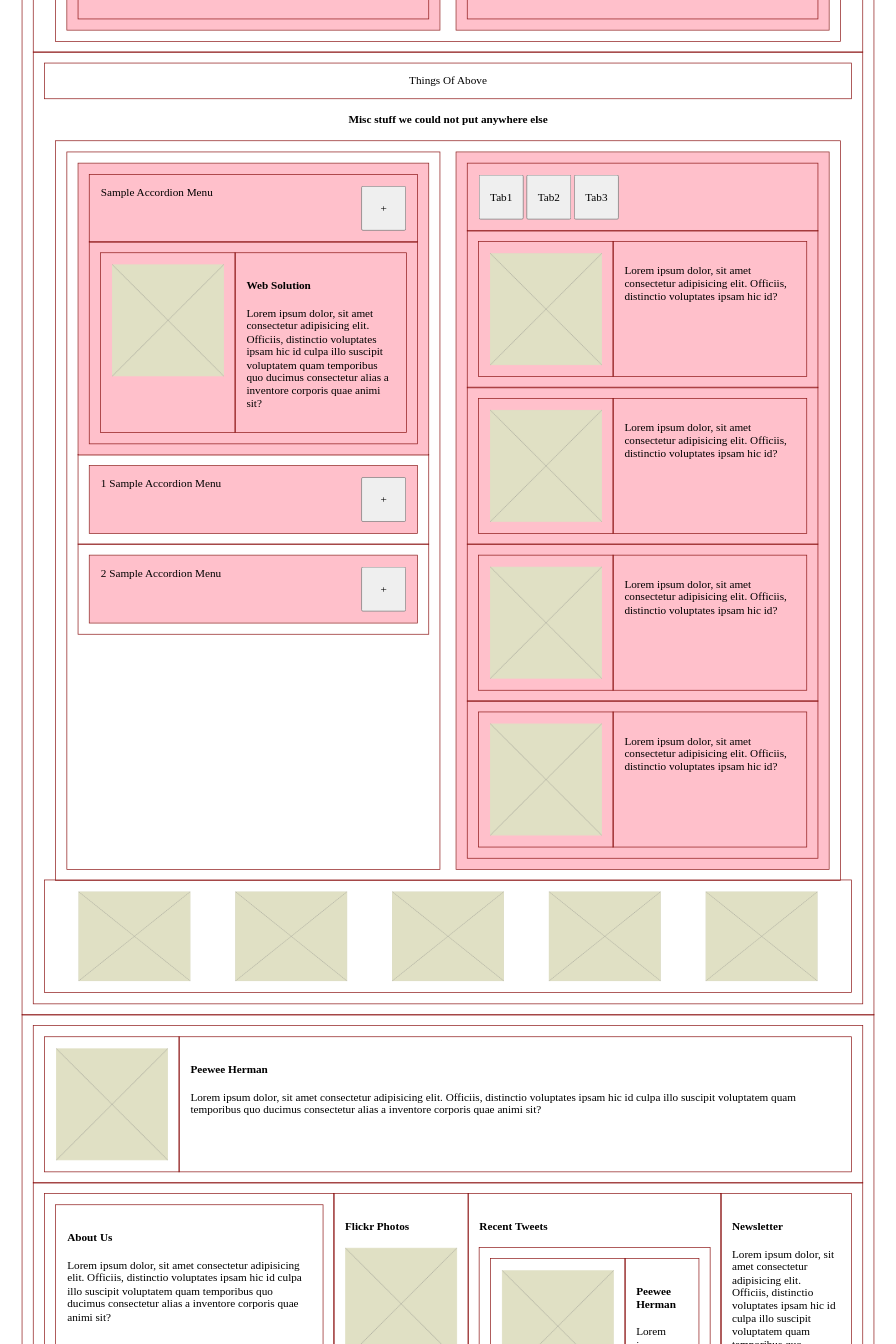
Repository: kionale/Project1_Lab3_ResponsiveLayout
Page: index.html
These files come from the project's save history. The page is drawn as it stood at one moment and after a run of saves; the edit follows.
The browser window is 1280 px wide. The pictures show the part of the page from y = 3701 to 5621 px (the page is 6802 px tall before and 6789 px after), at 70% of full size.

Above is the page before, as saved 2023-01-31 16:56:00.

### index.html
<!doctype html>
<html class="no-js" lang="">

<head>
  <meta charset="utf-8">
  <title></title>
  <meta name="description" content="">
  <meta name="viewport" content="width=device-width, initial-scale=1">

  <meta property="og:title" content="">
  <meta property="og:type" content="">
  <meta property="og:url" content="">
  <meta property="og:image" content="">

  <link rel="manifest" href="site.webmanifest">
  <link rel="apple-touch-icon" href="icon.png">
  <!-- Place favicon.ico in the root directory -->

  <link rel="stylesheet" href="css/normalize.css">
  <link rel="stylesheet" href="css/main.css">

  <meta name="theme-color" content="#fafafa">
</head>


<body class="page page-home">
  <header class="header page__header">
    <div class="row">
      <h1>Metrolics</h1>
      <a href=""><img src="img/placeholder.png"></a>
      <nav class="navbar-links">
        <ul>
          <a href="#">
            <li>Home</li>
          </a>
          <a href="">
            <li>Home</li>
          </a>
          <a href="">
            <li>Pages</li>
          </a>
          <a href="">
            <li>Blog</li>
          </a>
          <a href="">
            <li>Portfolio</li>
          </a>
          <a href="">
            <li>Home</li>
          </a>
        </ul>
      </nav>
    </div>

  </header>

  <div class="page__slider">
    <div class="row slides">
      <img src="img/placeholder.png" alt="">
    </div>
  </div>
  </div>

  <div class="page__intro">
    <h1 class="header page__heading">
      Hey guys! This is the <span>Metrolics</span> theme.<br>
      It sports a responsive layout with a mobile layout.
    </h1>
    <div class="subheading page_subheading">
      <h3>
        Things That We do
      </h3>
      <h5>Ask us what we can do for you</h5>

    </div>
    <div class="feature__service">
      <div class="row m-col-2 l-col-4">
        <div class="col">
          <img class="feature__servic__images" src="img/placeholder.png" alt="">
          <h4 class="heading feature__servic__title">Web Solution</h4>
          <p class="feature__servic__content">
            bbbhhha
          </p>
        </div>
        <div class="col">
          <img class="feature__servic__images" src="img/placeholder.png" alt="">
          <h4 class="heading feature__servic__title"></h4>
          <p class="feature__servic__content">
            bbbhhha
          </p>
        </div>
        <div class="col">
          <img class="feature__servic__images" src="img/placeholder.png" alt="">
          <h4 class="heading feature__servic__title"></h4>
          <p class="feature__servic__content">
            bbbhhha
          </p>
        </div>
        <div class="col">
          <img class="feature__servic__images" src="img/placeholder.png" alt="">
          <h4 class="heading feature__servic__title"></h4>
          <p class="feature__servic__content">
            bbbhhha
          </p>
        </div>


      </div>
    </div>
  </div>

  <!-- Main content starts here -->
  <main class="page__main">
    <section class="recent__work">
      <header class="header post__header">What's up lately?</header>
      <h4 class="subheading">Read up on our latest work</h4>
      <div class="row m-col-2 l-col-3">
        <div class="col">
          <div>
            <img src="img/placeholder.png" alt="">
            <header class="header recent__work__title">Sample image post</header><br>
            <p>Photography</p>
          </div>
        </div>
        <div class="col">
          <div>
            <img src="img/placeholder.png" alt="">
            <header class="header recent__work__title">Sample image post</header><br>
            <p>Photography</p>
          </div>
        </div>
        <div class="col">
          <div>
            <img src="" alt="">
            <header class="header recent__work__title">Sample image post</header><br>
            <p>Photography</p>
          </div>
        </div>
        <div class="col">
          <div>
            <img src="img/placeholder.png" alt="">
            <header class="header recent__work__title">Sample image post</header><br>
            <p>Photography</p>
          </div>
        </div>
      </div>
    </section>
    <!-- Our Latest Projests -->
    <section class="latest__projects">
      <header class="header latest__projects__header">Our Latest Projects</header>
      <h4 class="subheading">Client happy? We are happy</h4>
      <div class="row m-col-2 l-col-3">
        <div class="col">
          <div>
            <img src="img/placeholder.png" alt="">
            <header class="header latest__project__image">1 Sample image post</header><br>
            <p>1 Photography</p>
          </div>
        </div>
        <div class="col">
          <div>
            <img src="img/placeholder.png" alt="">
            <header class="header latest__project__image">2 Sample image post</header><br>
            <p>2 Photography</p>
          </div>
        </div>
        <div class="col">
          <div>
            <img src="img/placeholder.png" alt="">
            <header class="header latest__project__image">3 Sample image post</header><br>
            <p>3 Photography</p>
          </div>
        </div>
        <div class="col">
          <div>
            <img src="img/placeholder.png" alt="">
            <header class="header latest__project__image">4 Sample image post</header><br>
            <p>4 Photography</p>
          </div>
        </div>
        <div class="col">
          <div>
            <img src="img/placeholder.png" alt="">
            <header class="header latest__project__image">5 Sample image post</header><br>
            <p>5 Photography</p>
          </div>
        </div>
        <div class="col">
          <div>
            <img src="img/placeholder.png" alt="">
            <header class="header latest__project__image">6 Sample image post</header><br>
            <p>6 Photography</p>
          </div>
        </div>
      </div>
    </section>
    <!--Things of Above-->
    <section class="things__of__above">
      <header class="header things__header">Things of above</header>
      <h4 class="subheading">Misc stuff we could not put anywhere else</h4>
      <div class="row m-col-2 l-col-3">
        <div>
          <div class="col">
            <div class="sample__menu things_above_image">Sample Accordion Menu
              <button>+</button>
            </div>
            <div class="web__solution">
              <div>
                <img src="img/placeholder.png" alt="">
              </div>
              <div>
                <h4>Web Solution</h4>
                <p>Lorem ipsum dolor, sit amet consectetur adipisicing elit. Officiis, distinctio voluptates ipsam hic
                  id
                  culpa illo suscipit voluptatem quam temporibus quo ducimus consectetur alias a inventore corporis quae
                  animi sit?</p>
              </div>
            </div>
          </div>
          <div class="menu__button">
            <div class="col_two sample__menu things__above__image">1 Sample Accordion Menu
              <button>+</button>
            </div>
          </div>
          <div class="menu__button">
            <div class="col_two sample__menu things__above__image">2 Sample Accordion Menu
              <button>+</button>
            </div>
          </div>
        </div>
        <div class="col">
          <div class="tab__buttons">
            <button>Tab1</button>
            <button>Tab2</button>
            <button>Tab3</button>
          </div>
          <div class="tab__information">
            <div>
              <img src="img/placeholder.png" alt="">
            </div>
            <div>
              <p>Lorem ipsum dolor, sit amet consectetur adipisicing elit. Officiis, distinctio voluptates ipsam hic
                id?</p>
            </div>
          </div>
          <div class="tab__information">
            <div>
              <img src="img/placeholder.png" alt="">
            </div>
            <div>
              <p>Lorem ipsum dolor, sit amet consectetur adipisicing elit. Officiis, distinctio voluptates ipsam hic
                id?</p>
            </div>
          </div>
          <div class="tab__information">
            <div>
              <img src="img/placeholder.png" alt="">
            </div>
            <div>
              <p>Lorem ipsum dolor, sit amet consectetur adipisicing elit. Officiis, distinctio voluptates ipsam hic
                id?</p>
            </div>
          </div>
          <div class="tab__information">
            <div>
              <img src="img/placeholder.png" alt="">
            </div>
            <div>
              <p>Lorem ipsum dolor, sit amet consectetur adipisicing elit. Officiis, distinctio voluptates ipsam hic
                id?</p>
            </div>
          </div>
        </div>
      </div>
      <!--Sponsors-->
      <div class="sponsors">
        <img src="img/placeholder.png" alt="" class="sponsors__icon">
        <img src="img/placeholder.png" alt="" class="sponsors__icon">
        <img src="img/placeholder.png" alt="" class="sponsors__icon">
        <img src="img/placeholder.png" alt="" class="sponsors__icon">
        <img src="img/placeholder.png" alt="" class="sponsors__icon">

    </section>
  </main>
  <!--Footer-->
  <footer>
    <div class="web__author">
      <div>
        <img src="img/placeholder.png" alt="">
      </div>
      <div>
        <h4>Peewee Herman</h4>
        <p>Lorem ipsum dolor, sit amet consectetur adipisicing elit. Officiis, distinctio voluptates ipsam hic
          id
          culpa illo suscipit voluptatem quam temporibus quo ducimus consectetur alias a inventore corporis quae
          animi sit?</p>
      </div>
    </div>
    <div class="footer__extras">
      <div>
        <div>
          <h4>About Us</h4>
          <p>Lorem ipsum dolor, sit amet consectetur adipisicing elit. Officiis, distinctio voluptates ipsam hic
            id
            culpa illo suscipit voluptatem quam temporibus quo ducimus consectetur alias a inventore corporis quae
            animi sit?</p>
        </div>
        <div class="social__link">
          <a href="" class="social__icon">
            <li>Facebook</li>
          </a>
          <a href="" class="social__icon">
            <li>Google</li>
          </a>
          <a href="" class="social__icon">
            <li>Twitter</li>
          </a>
          <a href="" class="social__icon">
            <li>Instagram</li>
          </a>
          <a href="" class="social__icon">
            <li>Volume</li>
          </a>
        </div>
      </div>

      <div>
        <h4>Flickr Photos</h4>
        <img src="img/placeholder.png" alt="">
        <img src="img/placeholder.png" alt="">
        <img src="img/placeholder.png" alt="">
        <img src="img/placeholder.png" alt="">
        <img src="img/placeholder.png" alt="">
        <img src="img/placeholder.png" alt="">
      </div>
      <div>
        <h4>Recent Tweets</h4>
        <div class="recent__tweets">
          <div>
            <img src="img/placeholder.png" alt="">
          </div>
          <div>
            <h4>Peewee Herman</h4>
            <p>Lorem ipsum dolor, sit amet consectetur adipisicing elit. Officiis, distinctio voluptates ipsam hic
              id
              culpa illo suscipit voluptatem quam temporibus quo ducimus consectetur alias a inventore corporis quae
              animi sit?</p>
          </div>
        </div>
        <div class="recent__tweets">
          <div>
            <img src="img/placeholder.png" alt="">
          </div>
          <div>
            <h4>Peewee Herman</h4>
            <p>Lorem ipsum dolor, sit amet consectetur adipisicing elit. Officiis, distinctio voluptates ipsam hic
              id
              culpa illo suscipit voluptatem quam temporibus quo ducimus consectetur alias a inventore corporis quae
              animi sit?</p>
          </div>
        </div>
      </div>
      <div>
        <h4>Newsletter</h4>
        <p>Lorem ipsum dolor, sit amet consectetur adipisicing elit. Officiis, distinctio voluptates ipsam hic
          id
          culpa illo suscipit voluptatem quam temporibus quo ducimus consectetur alias a inventore corporis quae
          animi sit?</p>
        <div class="col_two sample__menu things__above__image">Enter your email...
          <button>+</button>
        </div>
      </div>
    </div>
  </footer>


  <script src="js/vendor/modernizr-3.11.2.min.js"></script>
  <script src="js/plugins.js"></script>
  <script src="js/main.js"></script>

  <!-- Google Analytics: change UA-XXXXX-Y to be your site's ID. -->
  <script>
    window.ga = function () { ga.q.push(arguments) }; ga.q = []; ga.l = +new Date;
    ga('create', 'UA-XXXXX-Y', 'auto'); ga('set', 'anonymizeIp', true); ga('set', 'transport', 'beacon'); ga('send', 'pageview')
  </script>
  <script src="https://www.google-analytics.com/analytics.js" async></script>
</body>

</html>

### css/main.css
::-moz-selection {
  background: #b3d4fc;
  text-shadow: none;
}

::selection {
  background: #b3d4fc;
  text-shadow: none;
}

/*
 * A better looking default horizontal rule
 */

hr {
  display: block;
  height: 1px;
  border: 0;
  border-top: 1px solid #ccc;
  margin: 1em 0;
  padding: 0;
}

audio,
canvas,
iframe,
img,
svg,
video {
  vertical-align: middle;
}

/*
 * Remove default fieldset styles.
 */

fieldset {
  border: 0;
  margin: 0;
  padding: 0;
}

/*
 * Allow only vertical resizing of textareas.
 */

textarea {
  resize: vertical;
}

*,
*::before,
*::after {
  box-sizing: border-box;
}

div,
main,
section,
header,
footer {
  outline: 1px solid rgb(142, 24, 24);
  min-height: 1rem;
  padding: 1rem;
}

.page {
  margin: 0 auto;
  padding: 2rem;
}

.header {
  text-transform: capitalize;
  text-align: center;
}

.subheading {
  text-align: center;
}

ul,
li {
  padding: 0;
  margin: 0;
  list-style: none;
}

.row {
  display: grid;
  row-gap: 1rem;
}

.row_two {
  display: grid;
  row-gap: 1rem;
}

.col {
  position: relative;
  background-color: pink;
}

.col_two {
  background-color: pink;
  height: 6rem;
}

button {
  height: 4rem;
  width: 4rem;
}

/* medium screens and up  */
@media screen and (min-width: 40em) {
  .row {
    max-width: 70rem;
    column-gap: 1.5rem;
    row-gap: 1.5rem;
    margin: 0 auto;
  }



  .m-col-2 {
    grid-template-columns: 1fr 1fr;
  }

  .l-col-3 {
    grid-template-columns: (3, 1fr);
  }

}


.examples {
  display: flex;
  justify-content: space-around;
}

.sample__menu {
  display: flex;
  justify-content: space-between;
}

.web__solution {
  display: flex;
}

.web__author {
  display: flex;
}

.recent__tweets {
  display: flex;
}


.tab__information {
  display: flex;
}

.sponsors {
  display: flex;
  justify-content: space-around;
  height: 10rem;
}

.sponsors__icon {
  background-color: lightgray;
}

.social__link {
  display: flex;
}

.social__icon {
  margin: 0.5rem;
}

.footer__extras {
  display: flex;
  flex-direction: row;
}

img{
  width: 10rem;
}

### js/plugins.js
// Avoid `console` errors in browsers that lack a console.
(function() {
  var method;
  var noop = function () {};
  var methods = [
    'assert', 'clear', 'count', 'debug', 'dir', 'dirxml', 'error',
    'exception', 'group', 'groupCollapsed', 'groupEnd', 'info', 'log',
    'markTimeline', 'profile', 'profileEnd', 'table', 'time', 'timeEnd',
    'timeline', 'timelineEnd', 'timeStamp', 'trace', 'warn'
  ];
  var length = methods.length;
  var console = (window.console = window.console || {});

  while (length--) {
    method = methods[length];

    // Only stub undefined methods.
    if (!console[method]) {
      console[method] = noop;
    }
  }
}());

// Place any jQuery/helper plugins in here.

Loaded but not shown: css/normalize.css (library); js/vendor/modernizr-3.11.2.min.js (library); js/main.js (no stored copy; drawn as an empty file)

After the next 4 saves:
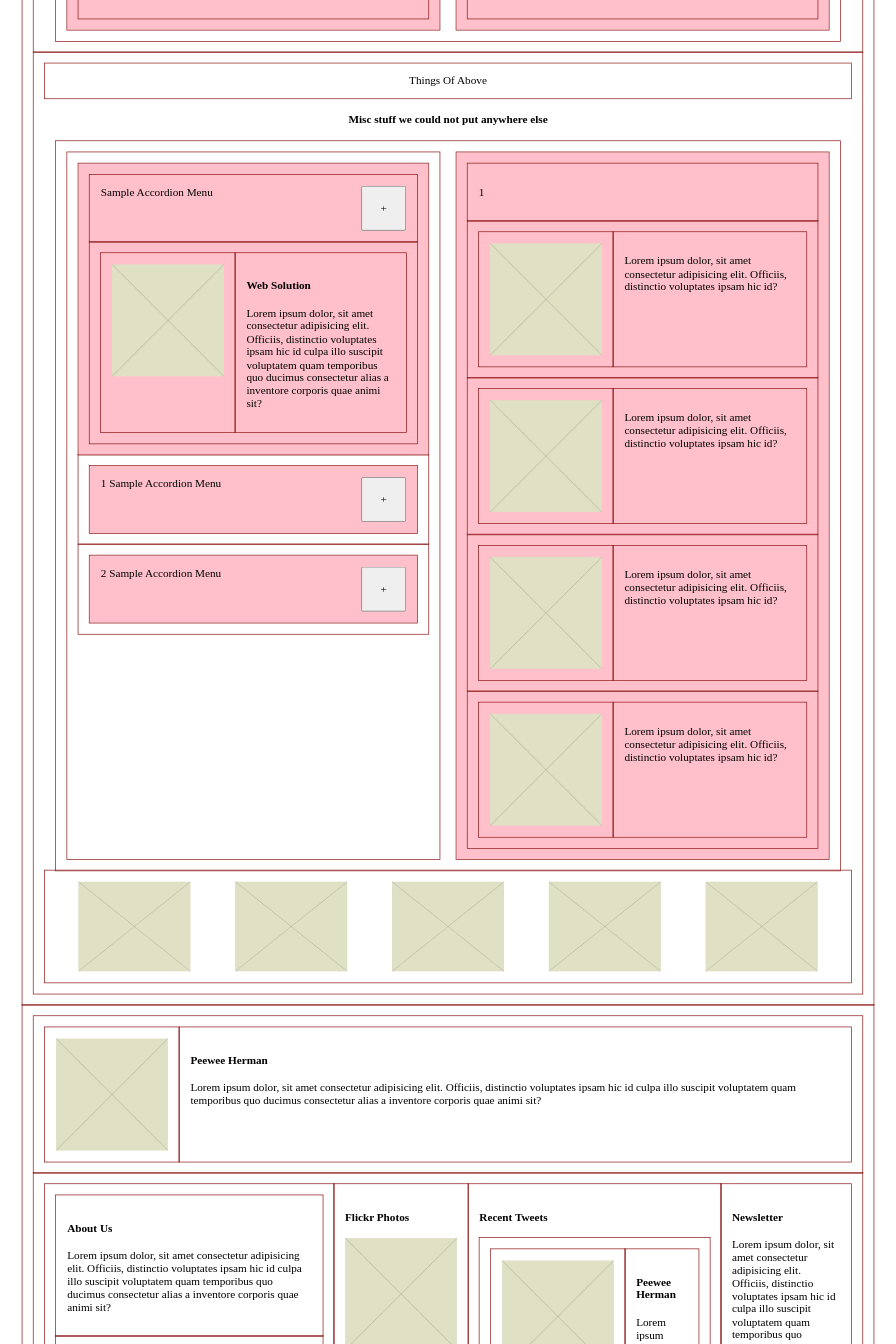
The 4 saves are shown as one change because they came seconds apart.
The last was saved 8 min 58 s later.
--- a/index.html
+++ b/index.html
@@ -230,9 +230,7 @@
         </div>
         <div class="col">
           <div class="tab__buttons">
-            <button>Tab1</button>
-            <button>Tab2</button>
-            <button>Tab3</button>
+           <p>1</p>
           </div>
           <div class="tab__information">
             <div>
